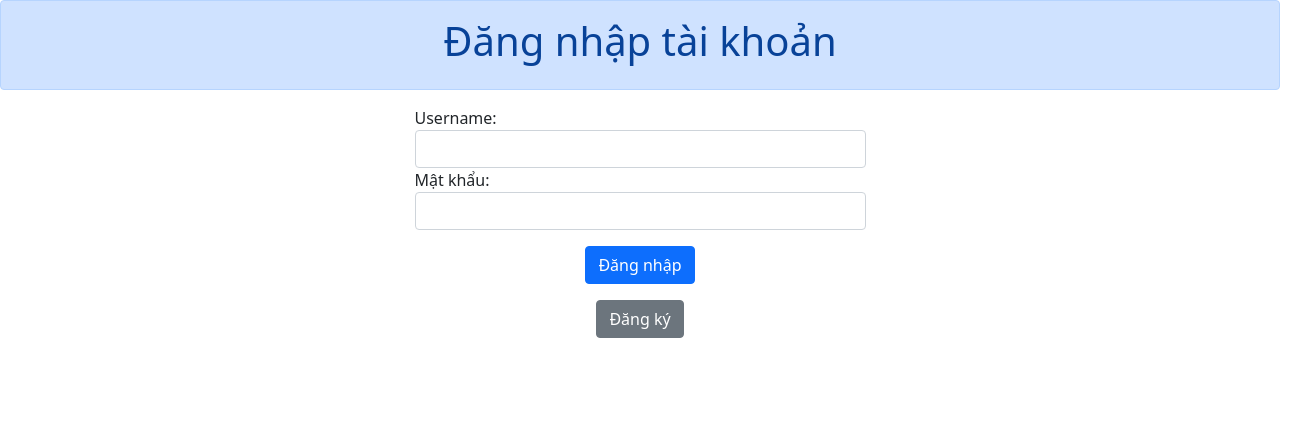
Repository: Carwyn1101/NguyenDinhHongPhuc_22133041
Page: http://localhost/LapTrinhWeb/views/login.jsp
These files come from the project's save history. The page is drawn as it stood at one moment and after the next save; the edit follows.
The browser window is 1280 px wide. The page is 1292 px wide, so the pictures cover 1292 px, including what lies to the right of the window. The pictures show the whole page.
The page is served by Tomcat 10. Nobody is signed in. The application's start-up code is not run.

Above is the page before, as saved 2024-09-11 02:55:51.

After the next save:
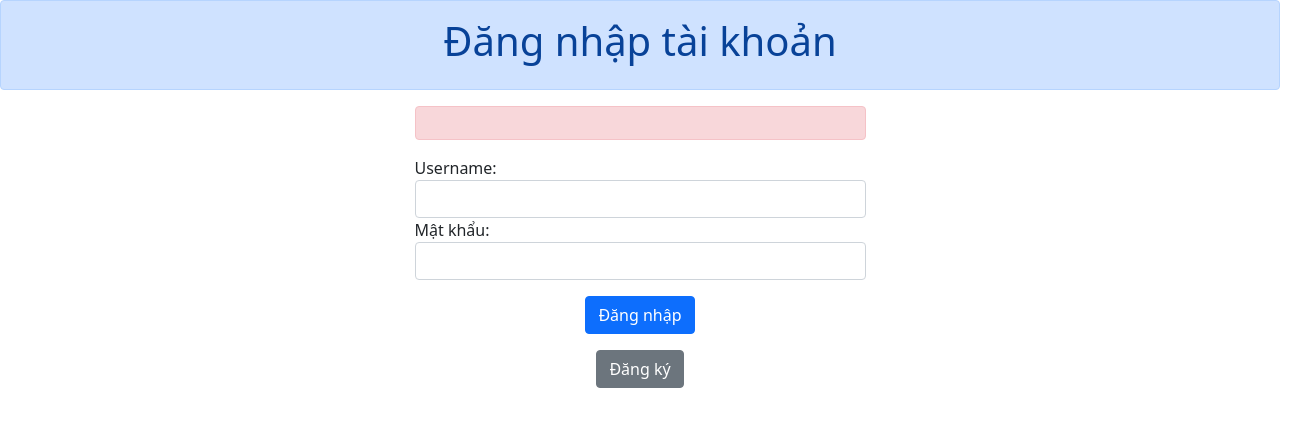
Saved 109 s later.
--- a/LapTrinhWeb/src/main/webapp/views/login.jsp
+++ b/LapTrinhWeb/src/main/webapp/views/login.jsp
@@ -24,6 +24,9 @@ bootstrap.min.css"
 		<div class="row justify-content-center">
 			<div class="col-12 col-md-5">
 				<form action="login" method="post">
+							<c:if test="${alert != null}">
+								<h3 class="alert alert-danger">${alert}</h3>
+							</c:if>
 					<div class="form-group">
 						<label for="username">Username:</label> <input type="text" id="username"
 							name="username" class="form-control" />

After the save that followed:
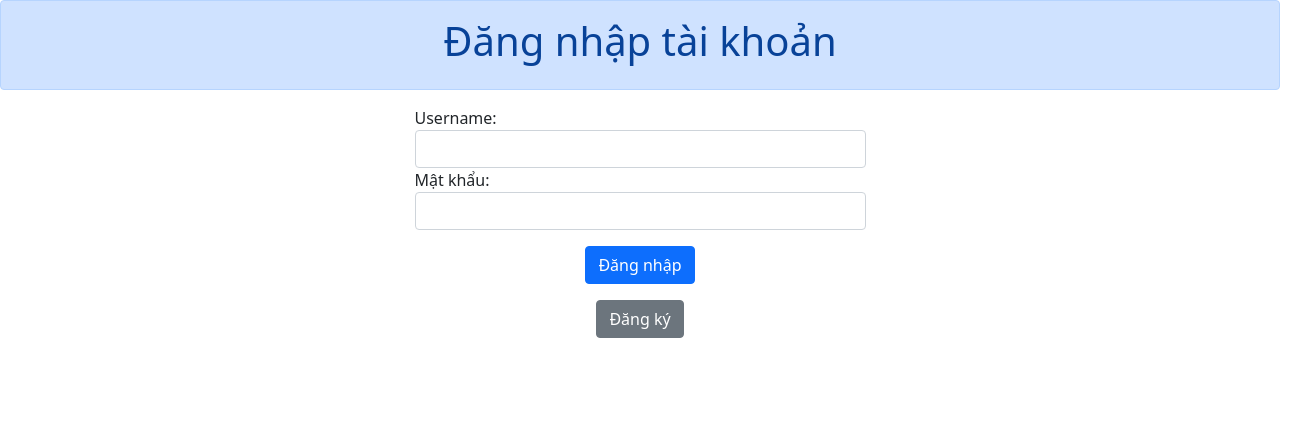
Saved 16 s later.
--- a/LapTrinhWeb/src/main/webapp/views/login.jsp
+++ b/LapTrinhWeb/src/main/webapp/views/login.jsp
@@ -1,5 +1,6 @@
 <%@ page language="java" contentType="text/html; charset=UTF-8"
 	pageEncoding="UTF-8"%>
+<%@ taglib prefix="c" uri="http://java.sun.com/jsp/jstl/core" %>
 <!DOCTYPE html>
 <html>
 <head>
